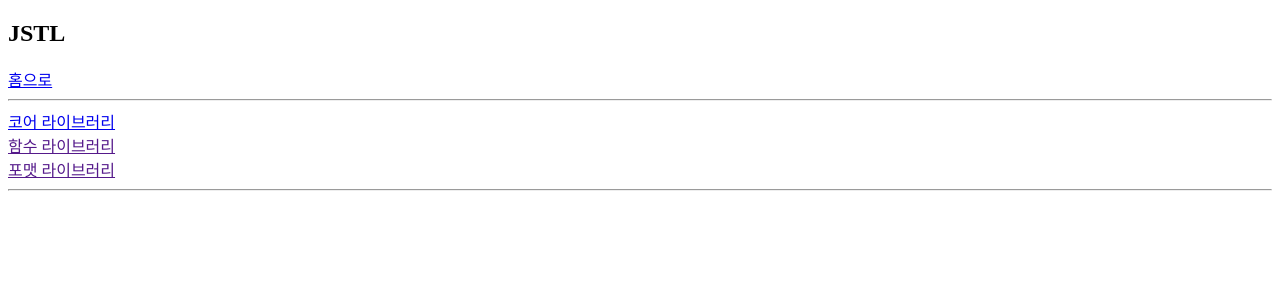
Repository: hyewoon/web
Page: http://localhost/servlet04/jstl/index.jsp
These files come from the project's save history. The page is drawn as it stood at one moment and after the next save; the edit follows.
The browser window is 1280 px wide. The pictures show the whole page.
The page is served by Tomcat 9.

Above is the page before, as saved 2022-11-18 06:50:07.

After the next save:
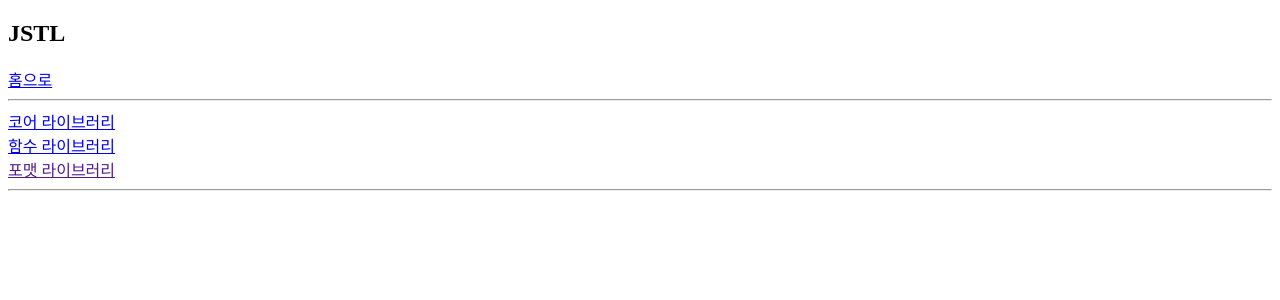
Saved 25 s later.
--- a/servlet04/src/main/webapp/jstl/index.jsp
+++ b/servlet04/src/main/webapp/jstl/index.jsp
@@ -13,7 +13,7 @@
 
 <hr>
 <div><a href = './core.jsp'>코어 라이브러리</a></div>
-<div><a href = ''>함수 라이브러리</a></div>
+<div><a href = '<c:url value="/"/>'>함수 라이브러리</a></div>
 <div><a href = ''>포맷 라이브러리</a></div>
 
 <hr>
